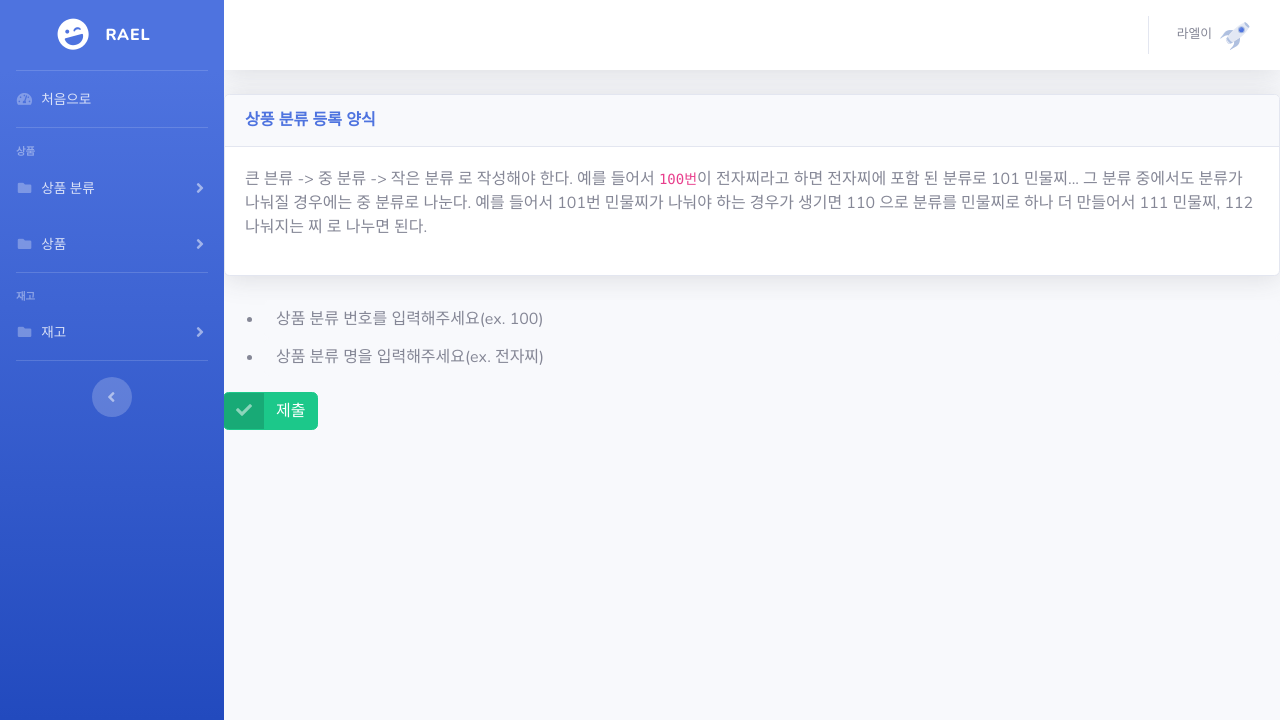
Repository: sww232/springRaelProject
Page: http://localhost/rael/WEB-INF/views/product/category_insert.jsp
The author's editor kept a copy of each file at every save. The page is drawn from the files as they stood at one save, then again after the next save.
The browser window is 1280 px wide. The pictures show the whole page.
The page is served by Tomcat 9. Nobody is signed in. The template is opened directly, without the code that normally fills it, so the values that code supplies are empty.

Above is the page before, as saved 2022-10-06 19:06:20.

After the next save:
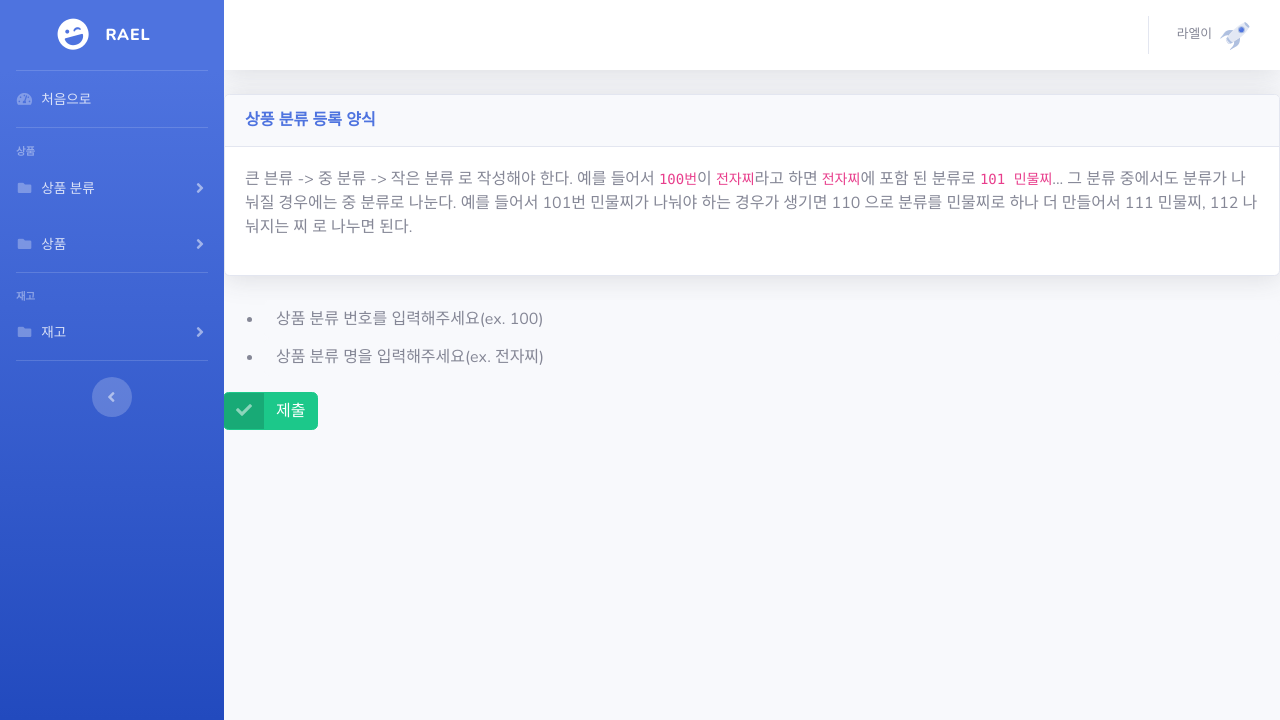
Saved 27 s later.
--- a/raelproject3/rael/src/main/webapp/WEB-INF/views/product/category_insert.jsp
+++ b/raelproject3/rael/src/main/webapp/WEB-INF/views/product/category_insert.jsp
@@ -321,7 +321,7 @@
 				<div class="card-body">
 					<p>
 						큰 븐류 -> 중 분류 -> 작은 분류 로 작성해야 한다.
-						예를 들어서 <code>100번</code>이 전자찌라고 하면 전자찌에 포함 된 분류로 101 민물찌...
+						예를 들어서 <code>100번</code>이 <code>전자찌</code>라고 하면 <code>전자찌</code>에 포함 된 분류로 <code>101 민물찌</code>...
 						그 분류 중에서도 분류가 나눠질 경우에는 중 분류로 나눈다.
 						예를 들어서 101번 민물찌가 나눠야 하는 경우가 생기면
 						110 으로 분류를 민물찌로 하나 더 만들어서
